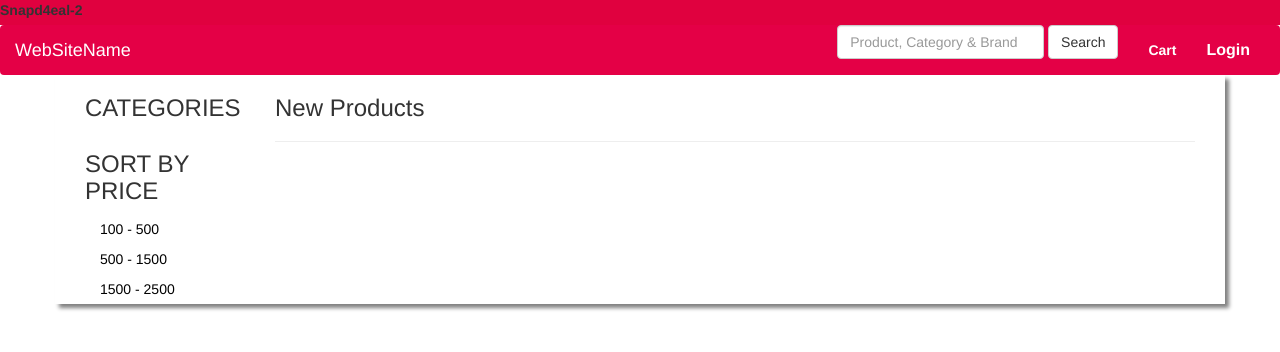
Repository: Aryans26/project
Page: http://localhost/frontend/WEB-INF/views/index.jsp
The author's editor kept a copy of each file at every save. The page is drawn from the files as they stood at one save, then again after the next save.
The browser window is 1280 px wide. The pictures show the whole page.
Some web libraries are served in a nearby version. The page is served by Tomcat 9. Nobody is signed in. The template is opened directly, without the code that normally fills it, so the values that code supplies are empty.

Above is the page before, as saved 2017-06-20 11:00:02.

After the next save:
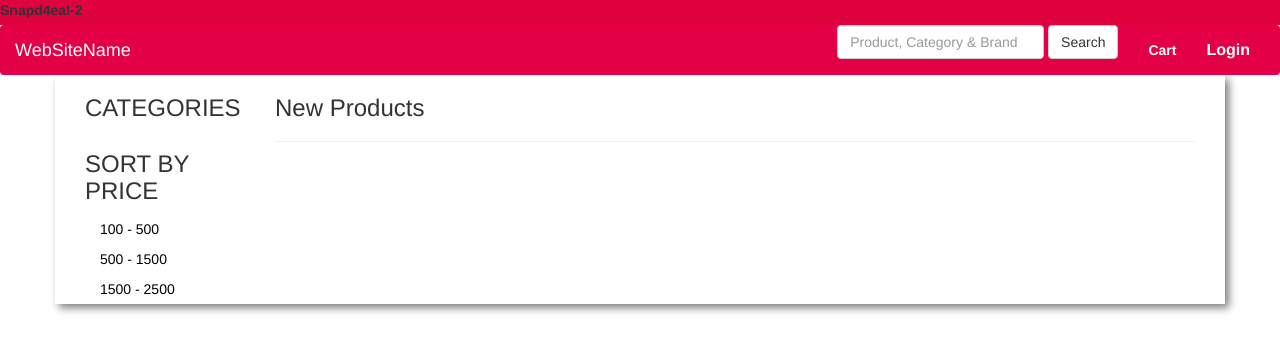
Saved 19 s later.
--- a/frontend/src/main/webapp/resource/css/style.css
+++ b/frontend/src/main/webapp/resource/css/style.css
@@ -123,5 +123,5 @@
 }
 
 .box-shadow{
-	box-shadow:4px 4px 4px grey;
+	box-shadow:4px 4px 8px grey;
 }
